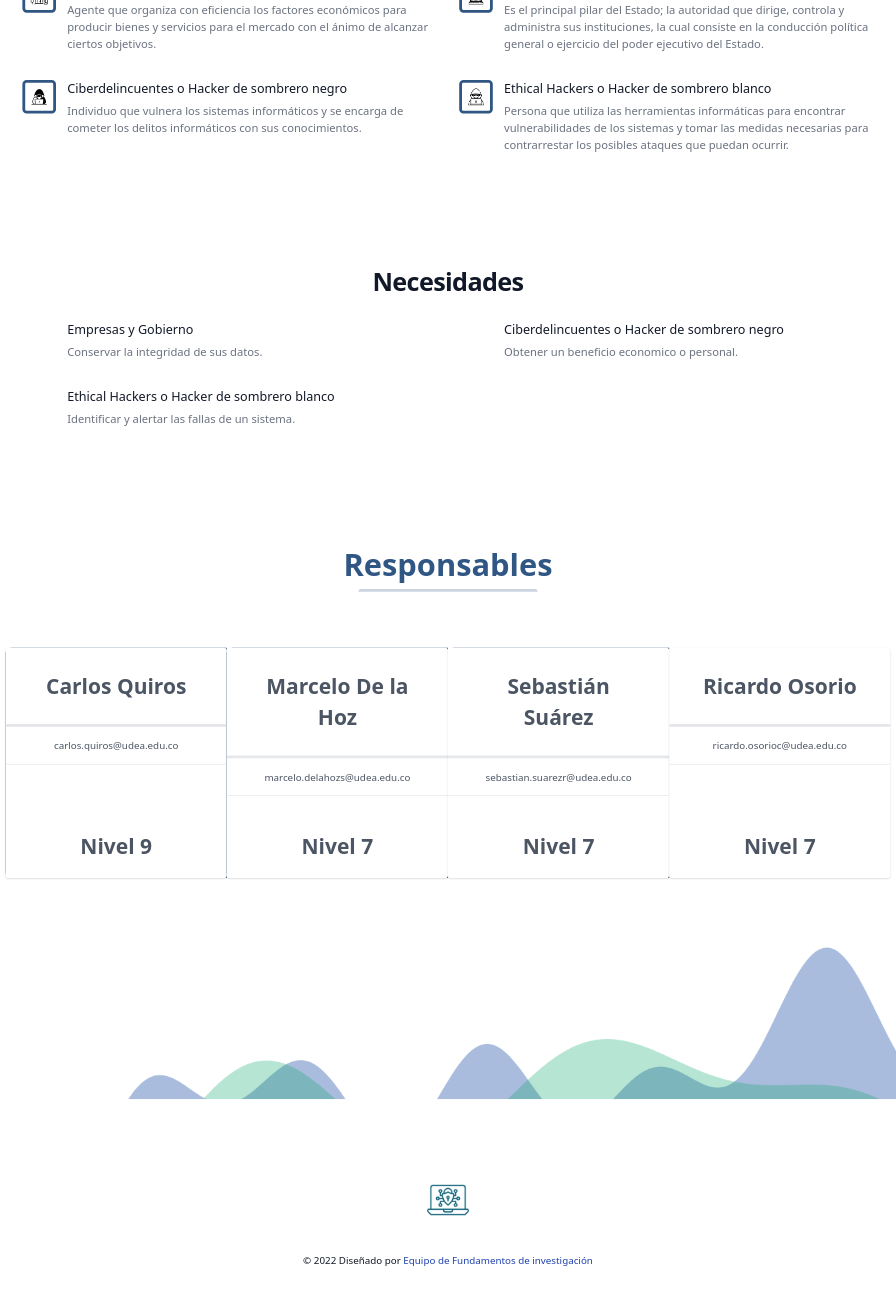
Repository: cardacar/fdi-2022
Page: /
These files come from the project's save history. The page is drawn as it stood at one moment and after the next save; the edit follows.
The browser window is 1280 px wide. The pictures show the part of the page from y = 3186 to 5106 px (the page is 5042 px tall before and 5106 px after), at 70% of full size.
The project was rebuilt for these pictures with package versions that can differ from the ones it lists, and the page was loaded fresh each time. The framework's server and built-in components were replaced by stand-ins that run in the browser. Also part of the build but not shown: next.config.js.

Above is the page before, as saved 2022-08-07 16:13:14.

### src/pages/index.tsx
import React from 'react';

import About from '../components/About';
import Canvas from '../components/Canvas';
import Features from '../components/Features';
import Header from '../components/Header';
import LazyShow from '../components/LazyShow';
import MainHero from '../components/MainHero';
import MainHeroImage from '../components/MainHeroImage';
import Pricing from '../components/Pricing';
import Product from '../components/Product';
import Necesidad from '../components/Necesidad';

const App = () => {
  return (
    <div className={`bg-background grid gap-y-16 overflow-hidden`}>
      <div className={`relative bg-background`}>
        <div className="max-w-7xl mx-auto">
          <div
            className={`relative z-10 pb-8 bg-background sm:pb-16 md:pb-20 lg:max-w-2xl lg:w-full lg:pb-28 xl:pb-32`}
          >
            <Header />
            <MainHero />
          </div>
        </div>
        <MainHeroImage />
      </div>
      <Canvas />
      <LazyShow>
        <>
          <Product />
          <Canvas />
        </>
      </LazyShow>
      <LazyShow>
        <>
          <Features />

        </>
      </LazyShow>
      <LazyShow>
        <>
          <Necesidad />

        </>
      </LazyShow>

      <LazyShow>
        <Pricing />

          <Canvas />
      </LazyShow>
      <LazyShow>
        <>
          <About />
        </>
      </LazyShow>
    </div>
  );
};

export default App;

### src/styles/main.css
@tailwind base;
@tailwind components;
@tailwind utilities;


:root {
  --color-primary: #11626D;
  --color-secondary: #1F9BAD;
  --color-tertiaty: #99a0a3;
}

a {
  @apply text-blue-800;
}

a:hover {
  @apply border-b-2 border-blue-900;
}



.content p {
  @apply my-6;
}

.content ul {
  @apply my-6;
}

### src/utils/AppConfig.ts
export const AppConfig = {
  site_name: 'FDICIA',
  title: 'Cómo influye la Inteligencia Artificial a la ciberseguridad en las empresas Colombianas',
  description: '',
  locale: 'es',
};

### src/components/About.tsx
import React from 'react';

import config from '../config/index.json';

const About = () => {
  const { company } = config;
  const { logo, name: companyName } = company;


  return (
    <div
      id="about"
      className="mx-auto container xl:px-20 lg:px-12 sm:px-6 px-4 py-12"
    >
      <div className="flex flex-col items-center justify-center">
        <div>
          <img src={logo} alt={companyName} className="w-16 h-16" style={{color: 'red'}}/>
        </div>
        <div className="flex items-center mt-6">
          <p className="mt-6 text-xs lg:text-sm leading-none text-gray-900 dark:text-gray-50">
            &copy; {new Date().getFullYear()} Diseñado por{' '}
            <a href="#" rel="nofollow">
              Equipo de Fundamentos de investigación
            </a>
          </p>
        </div>
      </div>
    </div>
  );
};
export default About;

### src/components/Canvas.tsx
import { useRef, FC, useEffect, useState } from 'react';

import { CanvasContext } from '../hooks/useCanvas';
import useResponsiveSize from '../hooks/useResponsiveSize';
import Wave from './Wave';

const Canvas: FC = () => {
  const canvasRef = useRef<HTMLCanvasElement>(null);
  const { width } = useResponsiveSize();
  const [context, setContext] = useState<
    CanvasRenderingContext2D | undefined
  >();

  useEffect(() => {
    const ctx = canvasRef?.current?.getContext('2d');
    if (ctx) setContext(ctx);
  }, []);

  return (
    <>
      <CanvasContext.Provider value={{ context }}>
        <canvas id="canvas" ref={canvasRef} width={width} height={220}></canvas>
        <Wave />
      </CanvasContext.Provider>
    </>
  );
};

export default Canvas;

### src/components/Features.tsx
import React from 'react';

import config from '../config/index.json';

const Features = () => {
  const { features } = config;
  const { title, subtitle, description, items: featuresList } = features;
  return (
    <div className={`py-12 bg-background`} id="features">
      <div className="max-w-7xl mx-auto px-4 sm:px-6 lg:px-8">
        <div className="lg:text-center">
          <h2
            className={`text-base text-primary font-semibold tracking-wide uppercase`}
          >
            {title}
          </h2>
          <p className="mt-2 text-3xl leading-8 font-extrabold tracking-tight text-gray-900 sm:text-4xl">
            {subtitle}
          </p>
          <p className="mt-4 max-w-2xl text-xl text-gray-500 lg:mx-auto">
            {description}
          </p>
        </div>

        <div className="mt-10">
          <dl className="space-y-10 md:space-y-0 md:grid md:grid-cols-2 md:gap-x-8 md:gap-y-10">
            {featuresList.map((feature) => (
              <div key={feature.name} className="relative">
                <dt>
                  <div
                    className={`absolute flex items-center justify-center h-12 w-12 rounded-md bg-background text-tertiary border-primary border-4`}
                  >
                    <img
                      className={`inline-block h-6 w-6`}
                      src={feature.icon}
                      alt={feature.name}
                    />
                  </div>
                  <p className="ml-16 text-lg leading-6 font-medium text-gray-900">
                    {feature.name}
                  </p>
                </dt>
                <dd className="mt-2 ml-16 text-base text-gray-500">
                  {feature.description}
                </dd>
              </div>
            ))}
          </dl>
        </div>
      </div>
    </div>
  );
};

export default Features;

### src/components/Header.tsx
import React, { Fragment } from 'react';

import { Popover, Transition } from '@headlessui/react';
import { MenuIcon, XIcon } from '@heroicons/react/outline';
import { Link } from 'react-scroll';

import config from '../config/index.json';

const Menu = () => {
  const { navigation, company } = config;
  const { name: companyName, logo } = company;

  return (
    <>
      <svg
        className={`hidden lg:block absolute right-0 inset-y-0 h-full w-48 text-background transform translate-x-1/2`}
        fill="currentColor"
        viewBox="0 0 100 100"
        preserveAspectRatio="none"
        aria-hidden="true"
      >
        <polygon points="50,0 100,0 50,100 0,100" />
      </svg>

      <Popover>
        <div className="relative pt-6 px-4 sm:px-6 lg:px-8">
          <nav
            className="relative flex items-center justify-between sm:h-10 lg:justify-start"
            aria-label="Global"
          >
            <div className="flex items-center flex-grow flex-shrink-0 lg:flex-grow-0">
              <div className="flex items-center justify-between w-full md:w-auto">
                <a href="#">
                  <span className="sr-only">{companyName}</span>
                  <img alt="logo" className="h-16 w-auto sm:h-16" src={logo} />
                </a>
                <div className="-mr-2 flex items-center md:hidden">
                  <Popover.Button
                    className={`bg-background rounded-md p-2 inline-flex items-center justify-center text-gray-400 hover:text-gray-500 hover:bg-gray-100 focus:outline-none focus:ring-2 focus:ring-inset focus:ring-secondary`}
                  >
                    <span className="sr-only">Open main menu</span>
                    <MenuIcon className="h-6 w-6" aria-hidden="true" />
                  </Popover.Button>
                </div>
              </div>
            </div>
            <div className="hidden md:block md:ml-10 md:pr-4 md:space-x-8">
              {navigation.map((item) => (
                <Link
                  spy={true}
                  active="active"
                  smooth={true}
                  duration={1000}
                  key={item.name}
                  to={item.href}
                  className="font-medium text-gray-500 hover:text-gray-900"
                >
                  {item.name}
                </Link>
              ))}
            </div>
          </nav>
        </div>

        <Transition
          as={Fragment}
          enter="duration-150 ease-out"
          enterFrom="opacity-0 scale-95"
          enterTo="opacity-100 scale-100"
          leave="duration-100 ease-in"
          leaveFrom="opacity-100 scale-100"
          leaveTo="opacity-0 scale-95"
        >
          <Popover.Panel
            focus
            className="absolute z-10 top-0 inset-x-0 p-2 transition transform origin-top-right md:hidden"
          >
            <div
              className={`rounded-lg shadow-md bg-background ring-1 ring-black ring-opacity-5 overflow-hidden`}
            >
              <div className="px-5 pt-4 flex items-center justify-between">
                <div>
                  <img className="h-8 w-auto" src={logo} alt="" />
                </div>
                <div className="-mr-2">
                  <Popover.Button
                    className={`bg-background rounded-md p-2 inline-flex items-center justify-center text-gray-400 hover:text-gray-500 hover:bg-gray-100 focus:outline-none focus:ring-2 focus:ring-inset focus:ring-secondary`}
                  >
                    <span className="sr-only">Close main menu</span>
                    <XIcon className="h-6 w-6" aria-hidden="true" />
                  </Popover.Button>
                </div>
              </div>
              <div className="px-2 pt-2 pb-3 space-y-1">
                {navigation.map((item) => (
                  <Link
                    spy={true}
                    active="active"
                    smooth={true}
                    duration={1000}
                    key={item.name}
                    to={item.href}
                    className="block px-3 py-2 rounded-md text-base font-medium text-gray-700 hover:text-gray-900 hover:bg-gray-50"
                  >
                    {item.name}
                  </Link>
                ))}
              </div>

            </div>
          </Popover.Panel>
        </Transition>
      </Popover>
    </>
  );
};

export default Menu;

### src/components/LazyShow.tsx
import React, { MutableRefObject, useEffect, useRef, useState } from 'react';

import { motion, useAnimation } from 'framer-motion';

function useOnScreen(
  ref: MutableRefObject<HTMLDivElement | null>,
  rootMargin = '0px'
) {
  const [isIntersecting, setIntersecting] = useState(false);

  useEffect(() => {
    let currentRef: any = null;
    const observer = new IntersectionObserver(
      ([entry]) => {
        if (entry?.isIntersecting) setIntersecting(entry?.isIntersecting);
      },
      {
        rootMargin,
      }
    );
    if (ref && ref?.current) {
      currentRef = ref.current;
      observer.observe(currentRef);
    }
    return () => {
      observer.unobserve(currentRef);
    };
  }, [ref, rootMargin]); // Empty array ensures that effect is only run on mount and unmount

  return isIntersecting;
}

const LazyShow = ({ children }: { children: React.ReactChild }) => {
  const controls = useAnimation();
  const rootRef = useRef<HTMLDivElement>(null);
  const onScreen = useOnScreen(rootRef);
  useEffect(() => {
    if (onScreen) {
      controls.start({
        x: 0,
        opacity: 1,
        transition: {
          duration: 0.5,
          ease: 'easeOut',
        },
      });
    }
  }, [onScreen, controls]);
  return (
    <motion.div
      className="lazy-div"
      ref={rootRef}
      initial={{ opacity: 0, x: -50 }}
      animate={controls}
    >
      {children}
    </motion.div>
  );
};

export default LazyShow;

### src/components/MainHero.tsx
import React from 'react';

import config from '../config/index.json';

const MainHero = () => {
  const { mainHero } = config;
  return (
    <main className="mt-10 mx-auto max-w-7xl px-4 sm:mt-12 sm:px-6 md:mt-16 lg:mt-20 lg:px-8 xl:mt-28">
      <div className="sm:text-center lg:text-left">
        <h1 className="text-4xl tracking-tight font-extrabold text-gray-900 sm:text-5xl md:text-6xl">
          <span className="block xl:inline">{mainHero.title}</span>{' '}
          <span className={`block text-primary xl:inline`}>
            {mainHero.subtitle}
          </span>
        </h1>
        <p className="mt-3 text-base text-gray-500 sm:mt-5 sm:text-lg sm:max-w-xl sm:mx-auto md:mt-5 md:text-xl lg:mx-0">
          {mainHero.description}
        </p>
      </div>
    </main>
  );
};

export default MainHero;

### src/components/Product.tsx
import React from "react";

import config from "../config/index.json";
import Divider from "./Divider";

const Product = () => {
  const { product } = config;
  const [firstItem, secondItem] = product.items;

  return (
    <section className={`bg-background py-8`} id="product">
      <div className={`container max-w-5xl mx-auto m-8`}>
        <h1
          className={`w-full my-2 text-5xl font-bold leading-tight text-center text-primary`}
        >
          {product.title.split(" ").map((word, index) => (
            <span
              key={index}
              className={index % 2 ? "text-primary" : "text-border"}
            >
              {word}{" "}
            </span>
          ))}
        </h1>
        <Divider />
        <div className={`flex flex-wrap`}>
          <div className={`w-5/6 sm:w-1/2 p-6 mt-20`}>
            <h3
              className={`text-3xl text-gray-800 font-bold leading-none mb-3`}
            >
              {firstItem?.title}
            </h3>
            <p className={`text-gray-600`}>{firstItem?.description}</p>
          </div>
          <div className={`w-full sm:w-1/2 p-6`}>
            <img
              className="h-6/6"
              src={firstItem?.img}
              alt={firstItem?.title}
            />
          </div>
        </div>
        <div className={`flex flex-wrap flex-col-reverse sm:flex-row`}>
          <div className={`w-full sm:w-1/2 p-6`}>
            <img
              className="h-6/6"
              src={secondItem?.img}
              alt={secondItem?.title}
            />
          </div>
          <div className={`w-full sm:w-1/2 p-6 mt-20`}>
            <div className={`align-middle`}>
              <h3
                className={`text-3xl text-gray-800 font-bold leading-none mb-3`}
              >
                {secondItem?.title}
              </h3>
              <p className={`text-gray-600 mb-8`}>{secondItem?.description}</p>
            </div>
          </div>
          <div className={`w-full p-6 mt-20 text-center`}>
            <div className={`align-middle`}>
              <h3
                className={`text-3xl text-gray-800 font-bold leading-none mb-3`}
              >
              </h3>
              <p className={`text-gray-600 mb-8 text-justify`}>
                Con el incremento en la cantidad de información que se maneja en
                la red en especial a nivel empresarial, se ve la necesidad de
                gestionar y controlar la seguridad de toda esta, velando por la
                automatización de muchos de estos procesos, para asi no agobiar
                y mantener al personal concentrado en los casos mas importante.
                Aqui es donde entra la inteligencia artificial,siendo una
                herramienta que permite la constante actualización de su uso,
                permite asumir una gran cantidad de tareas a la hora de mantener
                la seguridad de la información.<br></br><br></br> En cuanto a generar las fallas
                de seguridad, las mismas características que hacen a las IA una
                de las mejores herramientas para proteger información, las
                vuelven a su vez las más óptimas para penetrar en los sistemas
                de seguridad, además de que estas tienen una ventaja, la cual es
                que tú como defensor no puedes fallar nunca, pero como atacante
                no importa cuantas veces falles, dado que con solo una victoria,
                es la derrota total para la seguridad del sistema. Al ser las IA
                capaz de evolucionar con cada intento, las que tendrían más
                capacidad de desarrollo a lo largo del tiempo será la del
                atacante.
              </p>
            </div>
          </div>
        </div>
      </div>
    </section>
  );
};

export default Product;

### src/components/Necesidad.tsx
import React from 'react';

import config from '../config/index.json';

const Necesidad = () => {
  const { Necesidad } = config;
  const { title, subtitle, description, items: featuresList } = Necesidad;
  return (
    <div className={`py-12 bg-background`} id="necesidad">
      <div className="max-w-7xl mx-auto px-4 sm:px-6 lg:px-8">
        <div className="lg:text-center">
          <h2
            className={`text-base text-primary font-semibold tracking-wide uppercase`}
          >
            {title}
          </h2>
          <p className="mt-2 text-3xl leading-8 font-extrabold tracking-tight text-gray-900 sm:text-4xl">
            {subtitle}
          </p>
          <p className="mt-4 max-w-2xl text-xl text-gray-500 lg:mx-auto">
            {description}
          </p>
        </div>

        <div className="mt-10">
          <dl className="space-y-10 md:space-y-0 md:grid md:grid-cols-2 md:gap-x-8 md:gap-y-10">
            {featuresList.map((feature) => (
              <div key={feature.name} className="relative">
                <dt>
                  <p className="ml-16 text-lg leading-6 font-medium text-gray-900">
                    {feature.name}
                  </p>
                </dt>
                <dd className="mt-2 ml-16 text-base text-gray-500">
                  {feature.description}
                </dd>
              </div>
            ))}
          </dl>
        </div>
      </div>
    </div>
  );
};

export default Necesidad;

### src/components/Wave.tsx
import { FC } from 'react';

import { useCanvasContext } from '../hooks/useCanvas';
import useResponsiveSize from '../hooks/useResponsiveSize';
import WaveObj from '../utils/wave';

const Wave: FC = () => {
  const { context } = useCanvasContext();
  const { width } = useResponsiveSize();
  const height = 600;
  let frequency = 0.013;
  const waves = {
    frontWave: new WaveObj([0.0211, 0.028, 0.015], 'rgb(44, 89, 171, 0.4)'),
    backWave: new WaveObj([0.0122, 0.018, 0.005], 'rgb(17, 169, 111, 0.3)'),
  };

  const render = () => {
    context?.clearRect(0, 0, width, height);
    Object.entries(waves).forEach(([, wave]) => {
      wave.draw(context!, width, height, frequency);
    });
    frequency += 0.013;
    requestAnimationFrame(render);
  };
  if (context) render();
  return null;
};

export default Wave;

Loaded but not shown: src/pages/_app.tsx (common file); src/pages/_document.tsx (common file); src/components/MainHeroImage.tsx (common file); src/hooks/useCanvas.ts (common file); src/hooks/useResponsiveSize.ts (common file); src/components/Divider.tsx (common file); src/utils/wave.ts (common file); src/config/index.json (126 lines, source omitted); tailwind.config.js (46 lines, source omitted); src/components/Pricing.tsx (156 lines, source omitted)

After the next save:
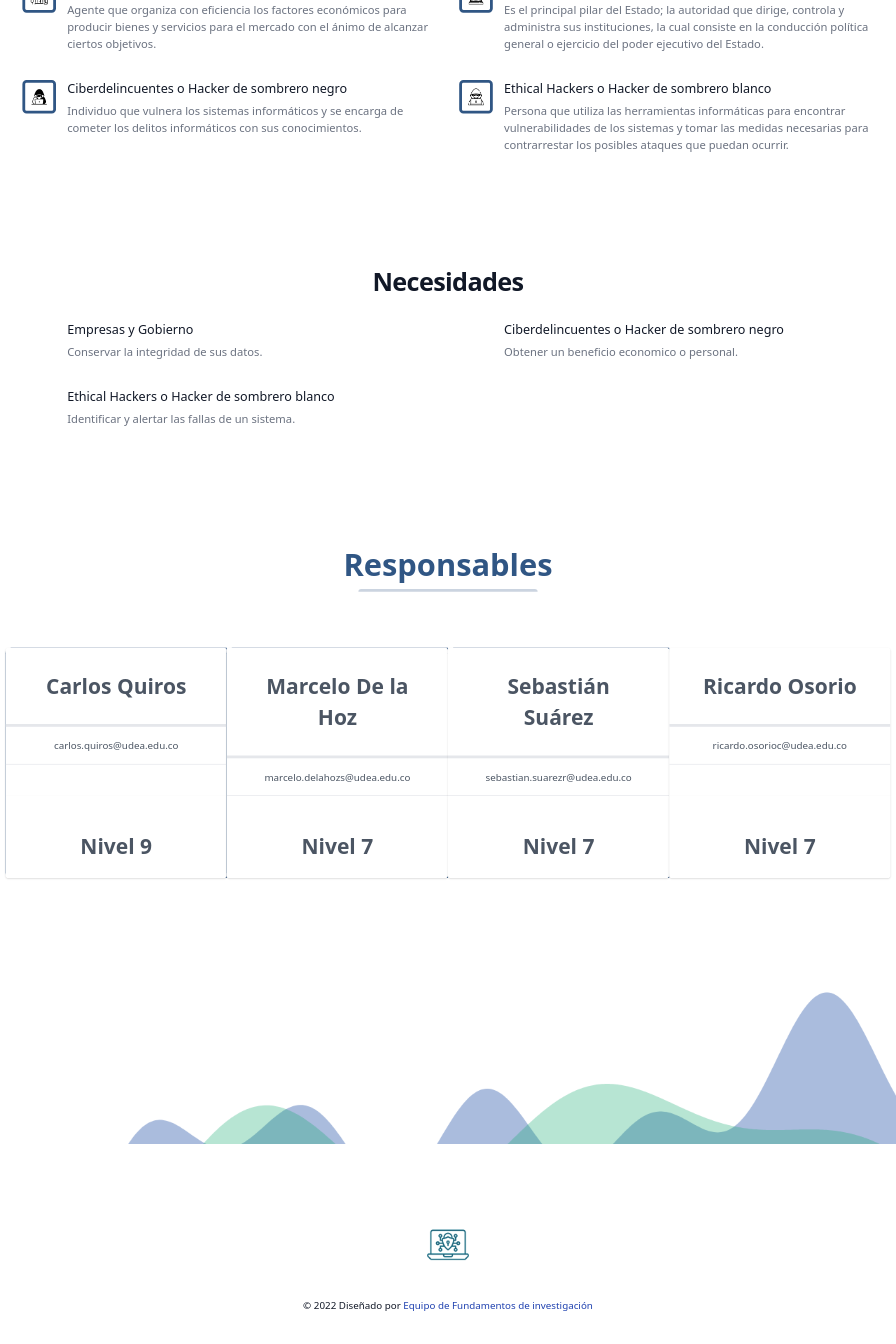
Saved 11 s later.
--- a/src/pages/index.tsx
+++ b/src/pages/index.tsx
@@ -48,8 +48,8 @@ const App = () => {
       <LazyShow>
         <Pricing />
 
+      </LazyShow>
           <Canvas />
-      </LazyShow>
       <LazyShow>
         <>
           <About />
